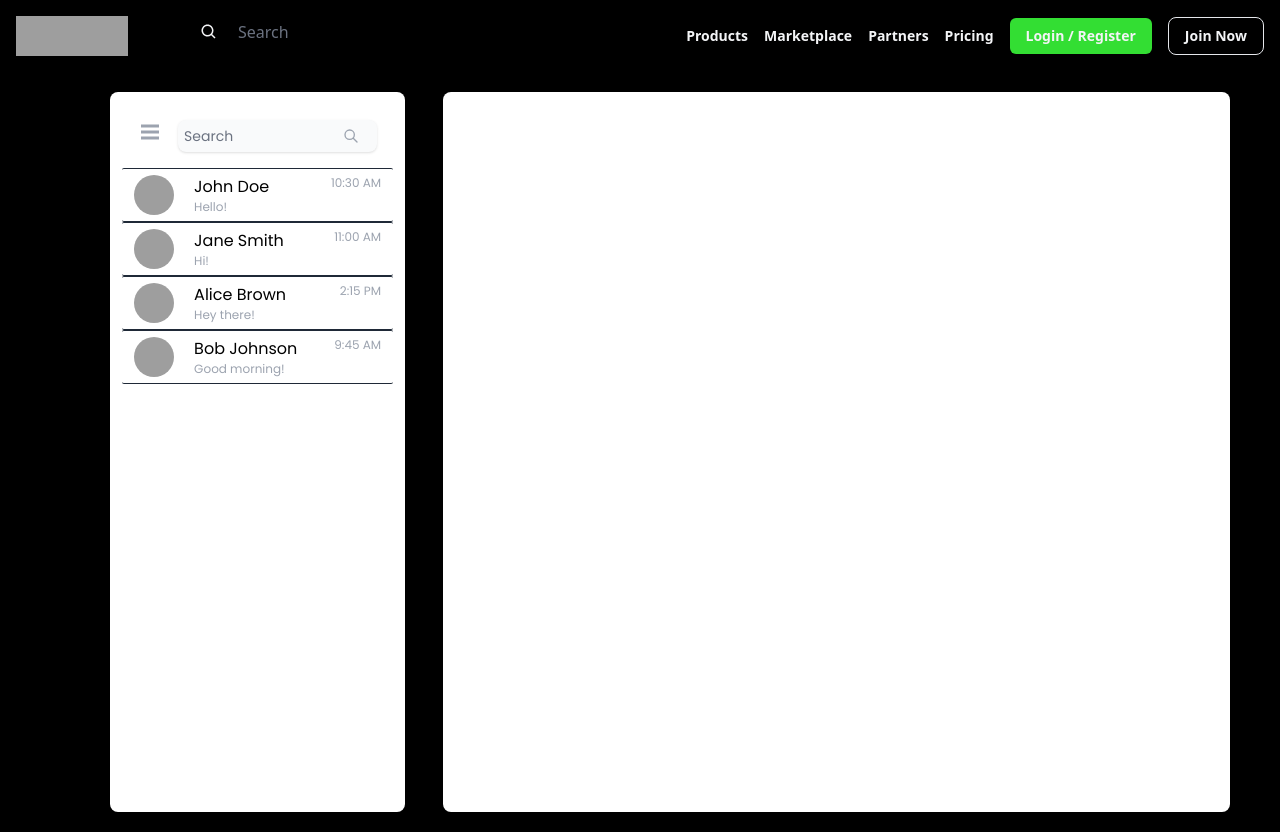
Repository: Shamraiz761/Frontend-Assessment
Page: /chat
The author's editor kept a copy of each file at every save. The page is drawn from the files as they stood at one save, then again after the next save.
The browser window is 1280 px wide. The pictures show the whole page.
Pictures or frames that could not be fetched are drawn as grey boxes. The project was rebuilt for these pictures with package versions that can differ from the ones it lists, and the page was loaded fresh each time. Also part of the build but not shown: vite.config.js, src/routes/index.css, src/routes/root.jsx, src/components/chat/userChat.jsx, src/pages/chat/index.jsx.

Above is the page before, as saved 2023-07-06 14:19:44.

### src/main.jsx
import ReactDOM from 'react-dom/client'

import React from 'react'

import App from './App.jsx'
import './index.css'

ReactDOM.createRoot(document.getElementById('root')).render(
  <React.StrictMode>
    <App />
  </React.StrictMode>,
)

### src/App.jsx
import React from 'react'
import { DndProvider } from 'react-dnd'
import { HTML5Backend } from 'react-dnd-html5-backend'
import 'flowbite'

import AppRoutes from './routes'

export default function App() {
  return (
    <DndProvider backend={HTML5Backend}>
      <AppRoutes />
    </DndProvider>
  )
}

### src/index.css
@import url("https://fonts.googleapis.com/css2?family=Poppins:wght@400;500;600;700;800;900&display=swap");

@tailwind base;
@tailwind components;
@tailwind utilities;

* {
  margin: 0;
  padding: 0;
}

body {
  margin: 0;
  font-family: "Poppins", -apple-system, BlinkMacSystemFont, "Segoe UI",
    "Roboto", "Oxygen", "Ubuntu", "Cantarell", "Fira Sans", "Droid Sans",
    "Helvetica Neue", sans-serif;
  -webkit-font-smoothing: antialiased;
  -moz-osx-font-smoothing: grayscale;
  width: 100vw;
  overflow-x: hidden;
  background-color: black;
  /* background: linear-gradient(180deg, #faefe8 0%, #edc7ac 100%); */
}

code {
  font-family: source-code-pro, Menlo, Monaco, Consolas, "Courier New",
    monospace;
}

.pointer-cursor {
  cursor: pointer;
}

.cusBorder {
  border: 1px solid #000;
  border-radius: 5px;
}

img {
  cursor: pointer;
}
.errors {
  color: #dc3545;
  padding: 0;
  margin: 0;
  font-size: 12px;
}
.loader {
  position: fixed;
  top: 0;
  bottom: 0;
  left: 0;
  right: 0;
  background-color: rgba(47, 151, 161, 0.32);

  display: flex;
  justify-content: center;
  align-items: center;
}

.link {
  color: #000;
  cursor: pointer;
  text-decoration: none;
}
.link:hover {
  color: #000;
}

.trans-btn {
  background-color: transparent;
  border: none;
}
.profile-logout-btn {
  border: 0;
}
.profile-logout-btn:hover {
  border: 0;
}
.profile-btn {
  border-radius: 0;
  border: 0;
}
.logout-btn {
  border-radius: 0;
  border: 0;
}
.logout-btn:hover {
  background-color: rgba(220, 53, 69, 0.5);
  border: 0;
  color: #fff;
}
.breadcrumbs ul {
  list-style: none;
  display: inline-block;
}

.breadcrumbs ul li {
  display: inline;
}

.breadcrumbs ul li .bc-link {
  /* display: block; */
  width: max-content;
  background-color: #f8f9fa;
  padding: 6px 15px 6px 25px;
  text-align: center;
  position: relative;
  margin: 0 10px 0 0;
  font-size: 15px;
  text-decoration: none;
  color: #000;
}
.breadcrumbs ul li .bc-link::after {
  content: "";
  border-top: 17px solid transparent;
  border-bottom: 17px solid transparent;
  border-left: 17px solid #f8f9fa;
  position: absolute;
  top: 0;
  right: -17px;
  z-index: 1;
}
.breadcrumbs ul li .bc-link::before {
  content: "";
  border-top: 17px solid transparent;
  border-bottom: 17px solid transparent;
  border-left: 17px solid #71cdd5;
  position: absolute;
  top: 0;
  left: 0;
}
.breadcrumbs ul li:first-child .bc-link {
  border-top-left-radius: 5px;
  border-bottom-left-radius: 5px;
}
.breadcrumbs ul li:first-child .bc-link::before {
  display: none;
}

.breadcrumbs ul li:last-child .bc-link {
  padding-right: 20px;
  border-top-right-radius: 5px;
  border-bottom-right-radius: 5px;
}
.breadcrumbs ul li:last-child .bc-link::after {
  display: none;
}

@media screen and (max-width: 500px) {
  .breadcrumbs ul li .bc-link {
    /* display: block; */
    padding: 2px 2px 2px 13px;
    /* margin: 0 10px 0 0; */
    font-size: 14px;
  }

  .breadcrumbs ul li .bc-link::after {
    content: "";
    border-top: 11.6px solid transparent;
    border-bottom: 11.6px solid transparent;
    border-left: 11.6px solid #f8f9fa;
    position: absolute;
    top: 0;
    right: -11.6px;
    z-index: 1;
  }
  .breadcrumbs ul li .bc-link::before {
    content: "";
    border-top: 11.6px solid transparent;
    border-bottom: 11.6px solid transparent;
    border-left: 11.6px solid #71cdd5;
    position: absolute;
    top: 0;
    left: 0;
  }
  .breadcrumbs ul li:last-child .bc-link {
    padding-right: 5px;
  }
}

@media screen and (max-width: 350px) {
  .breadcrumbs ul li .bc-link {
    /* display: block; */
    padding: 2px 2px 2px 12px;
    /* margin: 0 10px 0 0; */
    font-size: 10px;
  }

  .breadcrumbs ul li .bc-link::after {
    content: "";
    border-top: 9px solid transparent;
    border-bottom: 9px solid transparent;
    border-left: 9px solid #f8f9fa;
    position: absolute;
    top: 0;
    right: -9px;
    z-index: 1;
  }
  .breadcrumbs ul li .bc-link::before {
    content: "";
    border-top: 9px solid transparent;
    border-bottom: 9px solid transparent;
    border-left: 9px solid #edc7ac;
    position: absolute;
    top: 0;
    left: 0;
  }
  .breadcrumbs ul li:last-child .bc-link {
    padding-right: 5px;
  }
}

/* ********************************************** */

### src/routes/index.jsx
import {
  createBrowserRouter,
  createRoutesFromElements,
  RouterProvider,
  Route,
} from "react-router-dom";

import * as React from "react";

import Layout from "./layout";
import Root from "./root";

import Chat from "../pages/chat";
import UserChat from "../components/chat/userChat";

import ChatLayout from "./chatLayout";

export default function AppRoutes() {
  const router = createBrowserRouter(
    createRoutesFromElements(
      <Route>
        <Route element={<Layout />}>
          <Route path="/chat" element={<ChatLayout />}>
            {/* <Route path="" element={<Chat />} /> */}
            <Route path=":id" element={<Chat />} />
          </Route>
        </Route>
      </Route>
    )
  );

  return <RouterProvider router={router} />;
}

### src/routes/layout.jsx
import { Link, Outlet, useLocation, useNavigate } from "react-router-dom";
import { Gi3DGlasses } from "react-icons/gi";
import { CgProfile } from "react-icons/cg";
import { BsArrowLeft, BsFillChatSquareTextFill } from "react-icons/bs";
import { MdOutlineDashboard, MdOutlineCastForEducation } from "react-icons/md";
import "./index.css";

import React, { useState } from "react";
import Header from "../components/header/index";

export default function Layout() {
  const [open, setOpen] = useState(false);
  const [type, setType] = useState(false);
  const navigate = useNavigate();

  const { pathname } = useLocation();

  const sc =
    "rounded-md text-xs flex items-center gap-x-4 cursor-pointer bg-gray-50 text-blue-500 py-4 p-2";
  const uc =
    "rounded-md text-gray-500  text-xs flex items-center gap-x-4 cursor-pointer hover:bg-gray-50 hover:text-blue-500 py-4 p-2";

  return (
    <div>
      <Header />

      <div className={`${open ? "ml-56" : "ml-[60px]"}`}>
        <Outlet />
      </div>
    </div>
  );
}

### src/routes/chatLayout.jsx
import React, { useEffect } from "react";
import { Outlet, useParams } from "react-router-dom";
import chats from "../data/chat";
import ChatsCard from "../components/chat/chatsCard";
import { VscThreeBars } from "react-icons/vsc";

function ChatLayout() {
  const [open, setOpen] = React.useState(true);
  const [filtered, setFiltered] = React.useState(chats);

  const [search, setSearch] = React.useState("");
  const [selected, setSelected] = React.useState("");

  return (
    <div className={`m-1 md:m-5 justify-evenly flex flex-wrap gap-2`}>
      <div
        className={`w-full ${
          open ? "md:w-3/12" : "md:w-2/12 lg:w-1/12"
        } p-3 bg-white rounded-lg shadow-lg min-h-screen ${
          !!selected && "hidden md:block"
        } `}
      >
        <form className="m-4">
          <div className="flex items-center">
            <button type="button" onClick={() => setOpen(!open)}>
              <VscThreeBars className="mr-4 mb-2  rounded-lg text-gray-400 cursor-pointer text-2xl" />
            </button>
            <div className={`w-full ${open ? "relative" : "hidden"}`}>
              <input
                type="search"
                id='location-search"'
                className=" p-1.5 w-full focus:ring-gray-300  z-20 text-sm text-gray-800 bg-gray-50 shadow rounded-lg"
                placeholder="Search"
                required
                style={{ border: "none", outline: "none" }}
                value={search}
                onChange={(e) => {
                  setSearch(e.target.value);
                  setFiltered(
                    chats.filter((chat) =>
                      chat.name
                        .toLowerCase()
                        .includes(e.target.value.toLowerCase())
                    )
                  );
                }}
              />

              <button
                type="submit"
                className="absolute top-0 right-0 p-1.5 text-sm font-medium text-gray-400  rounded-r-lg   "
              >
                <svg
                  aria-hidden="true"
                  className="w-4 h-4 mr-3 mt-0.5"
                  fill="none"
                  stroke="currentColor"
                  viewBox="0 0 24 24"
                  xmlns="http://www.w3.org/2000/svg"
                >
                  <path
                    strokeLinecap="round"
                    strokeLinejoin="round"
                    strokeWidth={2}
                    d="M21 21l-6-6m2-5a7 7 0 11-14 0 7 7 0 0114 0z"
                  />
                </svg>
                <span className="sr-only">Search</span>
              </button>
            </div>
          </div>
        </form>
        {filtered.map((chat) => (
          <ChatsCard
            key={chat.id}
            chat={chat}
            selected={selected}
            setSelected={setSelected}
            // setMessages={setMessages}
            open={open}
          />
        ))}
      </div>
      <div
        className={`w-full ${
          open ? "md:w-8/12 " : " md:w-9/12 lg:w-10/12 "
        } p-3  bg-white rounded-lg shadow-lg min-h-screen flex flex-col relative`}
      >
        <Outlet />
      </div>
    </div>
  );
}

export default ChatLayout;

### src/components/header/index.jsx
import { IoIosNotifications } from "react-icons/io";
import { Dropdown } from "flowbite-react";
import { BiSearch } from "react-icons/bi";

import React from "react";
import { Link } from "react-router-dom";

function Header() {
  const [notification, setNotification] = React.useState(false);
  const [profile, setProfile] = React.useState(false);

  return (
    <div>
      {/* component */}

      <div class="bg-gray-100 font-sans w-full  m-0">
        <div class="bg-black text-gray-100 shadow">
          <div class="container mx-auto px-4">
            <div class="flex items-center justify-between py-4">
              <div className="flex flex-row justify-between">
                <img
                  src="https://envoycan.com/wp-content/uploads/2023/06/Asset-31@4x-e1686576126889.png"
                  class="w-28 h-10 text-white mr-16"
                />

                <div className="hidden sm:block flex-shrink flex-grow-0 justify-start px-2">
                  <div className="inline-block">
                    <div className="flex flex-row items-center max-w-full">
                      <BiSearch className="mr-2 text-gray-100 text-lg" />
                      <input
                        className="flex items-center bg-black text-gray-100 justify-between  flex-grow-0  relative w-72 border-none  py-1"
                        type="search"
                        placeholder="Search"
                      />

                      <div className="flex items-center justify-center relative  h-8 w-24 rounded-full"></div>
                    </div>
                  </div>
                </div>
              </div>

              <div className="flex flex-row">
                <div class="hidden sm:flex sm:items-center mr-4">
                  <a
                    href="#"
                    class="text-gray-100 text-sm font-semibold hover:text-purple-600 mr-4"
                  >
                    Products
                  </a>
                  <a
                    href="#"
                    class="text-gray-100 text-sm font-semibold hover:text-purple-600 mr-4"
                  >
                    Marketplace
                  </a>
                  <a
                    href="#"
                    class="text-gray-100 text-sm font-semibold hover:text-purple-600 mr-4"
                  >
                    Partners
                  </a>
                  <a
                    href="#"
                    class="text-gray-100 text-sm font-semibold hover:text-purple-600"
                  >
                    Pricing
                  </a>
                </div>

                <div class="hidden sm:flex sm:items-center">
                  <a
                    href="#"
                    class="text-gray-100 bg-[#33de33] rounded-md px-4 py-2 text-sm font-semibold hover:text-purple-600 mr-4"
                  >
                    Login / Register
                  </a>
                  <a
                    href="#"
                    class="text-gray-100 text-sm font-semibold border px-4 py-2 rounded-lg hover:text-purple-600 hover:border-purple-600"
                  >
                    Join Now
                  </a>
                </div>
              </div>
              <div class="sm:hidden cursor-pointer">
                <svg
                  xmlns="http://www.w3.org/2000/svg"
                  class="w-6 h-6 text-purple-600"
                  viewBox="0 0 24 24"
                >
                  <path
                    fill="currentColor"
                    d="M12.9499909,17 C12.7183558,18.1411202 11.709479,19 10.5,19 C9.29052104,19 8.28164422,18.1411202 8.05000906,17 L3.5,17 C3.22385763,17 3,16.7761424 3,16.5 C3,16.2238576 3.22385763,16 3.5,16 L8.05000906,16 C8.28164422,14.8588798 9.29052104,14 10.5,14 C11.709479,14 12.7183558,14.8588798 12.9499909,16 L20.5,16 C20.7761424,16 21,16.2238576 21,16.5 C21,16.7761424 20.7761424,17 20.5,17 L12.9499909,17 Z M18.9499909,12 C18.7183558,13.1411202 17.709479,14 16.5,14 C15.290521,14 14.2816442,13.1411202 14.0500091,12 L3.5,12 C3.22385763,12 3,11.7761424 3,11.5 C3,11.2238576 3.22385763,11 3.5,11 L14.0500091,11 C14.2816442,9.85887984 15.290521,9 16.5,9 C17.709479,9 18.7183558,9.85887984 18.9499909,11 L20.5,11 C20.7761424,11 21,11.2238576 21,11.5 C21,11.7761424 20.7761424,12 20.5,12 L18.9499909,12 Z M9.94999094,7 C9.71835578,8.14112016 8.70947896,9 7.5,9 C6.29052104,9 5.28164422,8.14112016 5.05000906,7 L3.5,7 C3.22385763,7 3,6.77614237 3,6.5 C3,6.22385763 3.22385763,6 3.5,6 L5.05000906,6 C5.28164422,4.85887984 6.29052104,4 7.5,4 C8.70947896,4 9.71835578,4.85887984 9.94999094,6 L20.5,6 C20.7761424,6 21,6.22385763 21,6.5 C21,6.77614237 20.7761424,7 20.5,7 L9.94999094,7 Z M7.5,8 C8.32842712,8 9,7.32842712 9,6.5 C9,5.67157288 8.32842712,5 7.5,5 C6.67157288,5 6,5.67157288 6,6.5 C6,7.32842712 6.67157288,8 7.5,8 Z M16.5,13 C17.3284271,13 18,12.3284271 18,11.5 C18,10.6715729 17.3284271,10 16.5,10 C15.6715729,10 15,10.6715729 15,11.5 C15,12.3284271 15.6715729,13 16.5,13 Z M10.5,18 C11.3284271,18 12,17.3284271 12,16.5 C12,15.6715729 11.3284271,15 10.5,15 C9.67157288,15 9,15.6715729 9,16.5 C9,17.3284271 9.67157288,18 10.5,18 Z"
                  />
                </svg>
              </div>
            </div>

            <div class="block sm:hidden bg-black border-t-2 py-2">
              <div class="flex flex-col">
                <a
                  href="#"
                  class="text-gray-100 text-sm font-semibold hover:text-purple-600 mb-1"
                >
                  Products
                </a>
                <a
                  href="#"
                  class="text-gray-100 text-sm font-semibold hover:text-purple-600 mb-1"
                >
                  Marketplace
                </a>
                <a
                  href="#"
                  class="text-gray-100 text-sm font-semibold hover:text-purple-600 mb-1"
                >
                  Partners
                </a>
                <a
                  href="#"
                  class="text-gray-100 text-sm font-semibold hover:text-purple-600 mb-1"
                >
                  Pricing
                </a>
                <div class="flex justify-between items-center border-t-2 pt-2">
                  <a
                    href="#"
                    class="text-gray-100 text-sm font-semibold hover:text-purple-600 mr-4"
                  >
                    Sign in
                  </a>
                  <a
                    href="#"
                    class="text-gray-100 text-sm font-semibold border px-4 py-1 rounded-lg hover:text-purple-600 hover:border-purple-600"
                  >
                    Sign up
                  </a>
                </div>
              </div>
            </div>
          </div>
        </div>
      </div>
    </div>
  );
}

export default Header;

### src/components/chat/chatsCard.jsx
import React from "react";
import { useNavigate } from "react-router-dom";

function ChatsCard({ chat, selected, setSelected, ass, open }) {
  const isSelected = selected?.id === chat?.id;
  const navigate = useNavigate();

  const uc =
    "flex flex-row items-center justify-center px-3 py-1.5  border-y border-gray-800 rounded-sm hover:bg-blue-200 cursor-pointer";
  const sc =
    "flex flex-row px-3 py-1.5 justify-center  border-y border-gray-100 rounded-sm bg-blue-200 cursor-pointer";

  return (
    <div
      onClick={() => {
        setSelected(chat);
        navigate(`/chat/${chat.id}`);

        // setMessages(chat.messages)
      }}
      className={isSelected ? sc : uc}
    >
      <img
        src={"https://i.pravatar.cc/300"}
        className="h-10 w-10 rounded-full"
      />

      <div
        className={`ml-5 flex-row justify-between w-full ${
          open ? "flex" : "hidden"
        } `}
      >
        <div>
          {" "}
          <h1>{chat?.name}</h1>{" "}
          <p className="text-xs font-thin text-gray-400">{chat?.lastMessage}</p>
        </div>
        <p className="text-xs font-thin text-gray-400">{chat?.time}</p>
      </div>
    </div>
  );
}

export default ChatsCard;

### tailwind.config.cjs
const colors = require('tailwindcss/colors');
const defaultTheme = require('tailwindcss/defaultTheme');

module.exports = {
  content: ['./src/**/*.{js,jsx,ts,tsx}', "node_modules/flowbite/**/*.js"],
  theme: {
    extend: {
      colors: {
        // set primary color from figma
        // primary: {
        // },
      },
      fontFamily: {
        poppins: ['Poppins', ...defaultTheme.fontFamily.sans],
      },
      fontSize: {
        xxs: '0.5rem',
      },
    },
  },
  plugins: [
    require('flowbite/plugin')
  ],

};

Loaded but not shown: index.html (common file); src/data/chat.js (279 lines, source omitted)

After the next save:
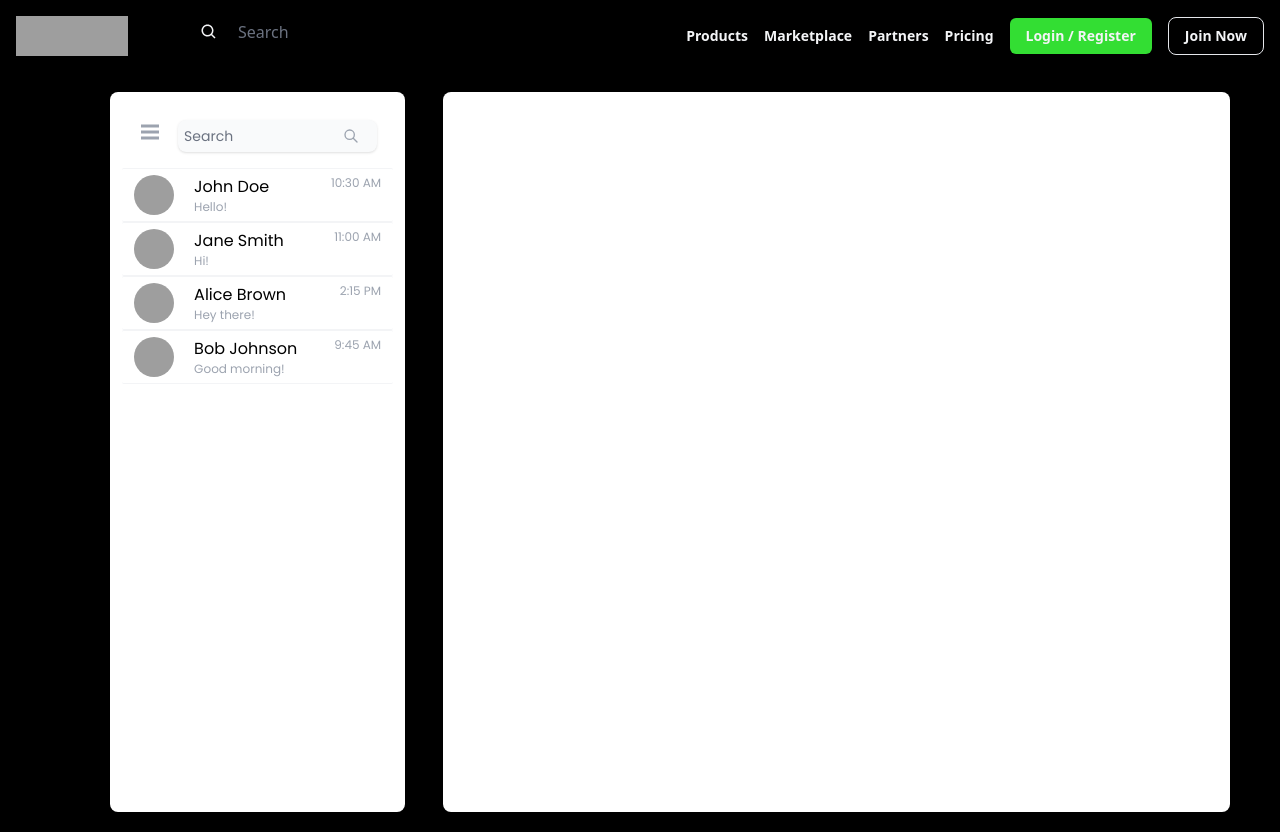
Saved 13 s later.
--- a/src/components/chat/chatsCard.jsx
+++ b/src/components/chat/chatsCard.jsx
@@ -6,7 +6,7 @@ function ChatsCard({ chat, selected, setSelected, ass, open }) {
   const navigate = useNavigate();
 
   const uc =
-    "flex flex-row items-center justify-center px-3 py-1.5  border-y border-gray-800 rounded-sm hover:bg-blue-200 cursor-pointer";
+    "flex flex-row items-center justify-center px-3 py-1.5  border-y border-gray-100 rounded-sm hover:bg-blue-200 cursor-pointer";
   const sc =
     "flex flex-row px-3 py-1.5 justify-center  border-y border-gray-100 rounded-sm bg-blue-200 cursor-pointer";
 
